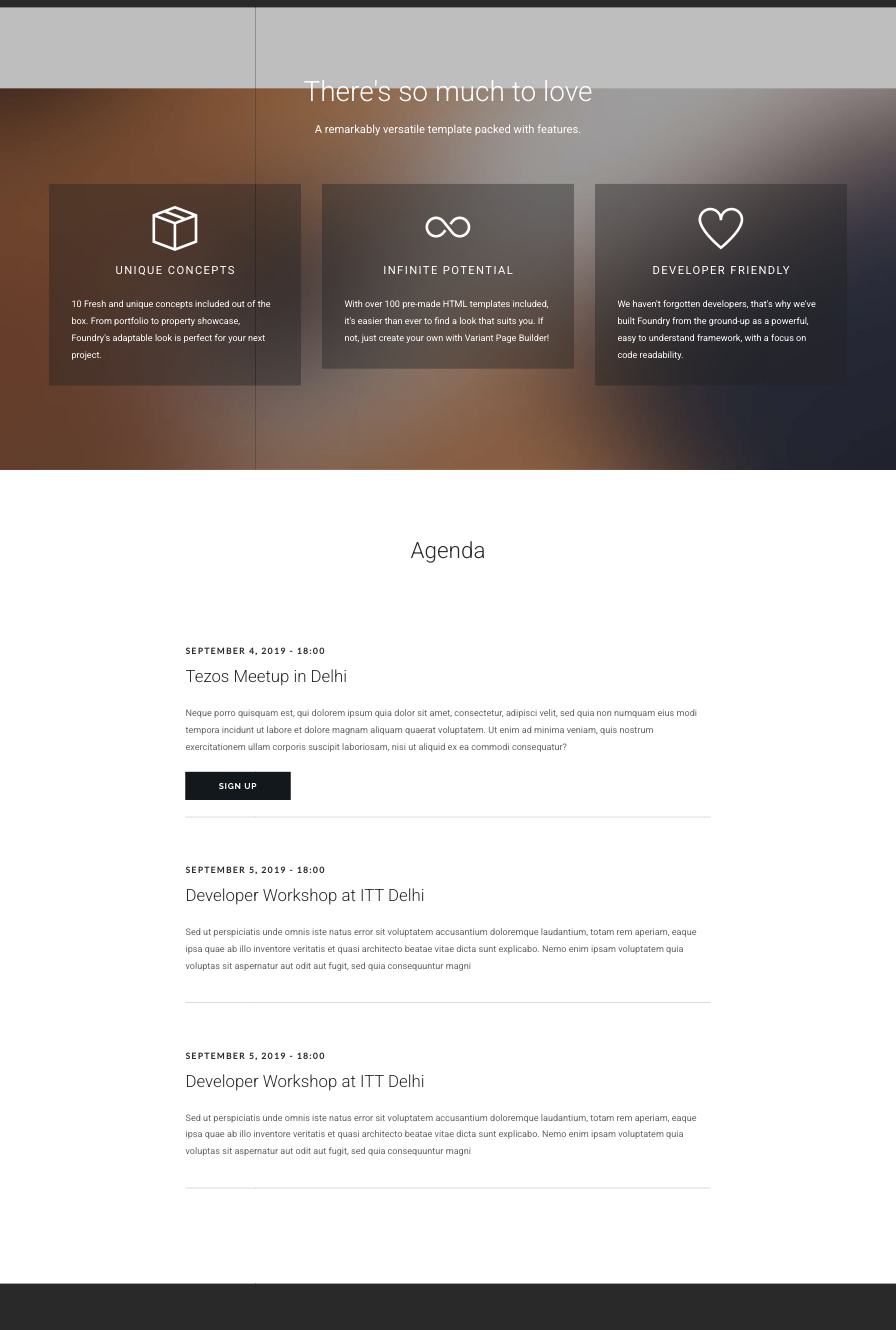
Repository: Tezos-India-Foundation/TIF-Website
Page: Tezos India Website/page.html
An editor plug-in stored every save of this project. The page is shown before and after the next save, followed by the edit.
The browser window is 1280 px wide. The pictures show the part of the page from y = 1054 to 2954 px (the page is 4037 px tall before and 4027 px after), at 70% of full size.
A picture or video elsewhere on the page could not be fetched, so the positions and the page height are approximate.

Above is the page before, as saved 2019-08-13 03:55:36.

After the next save:
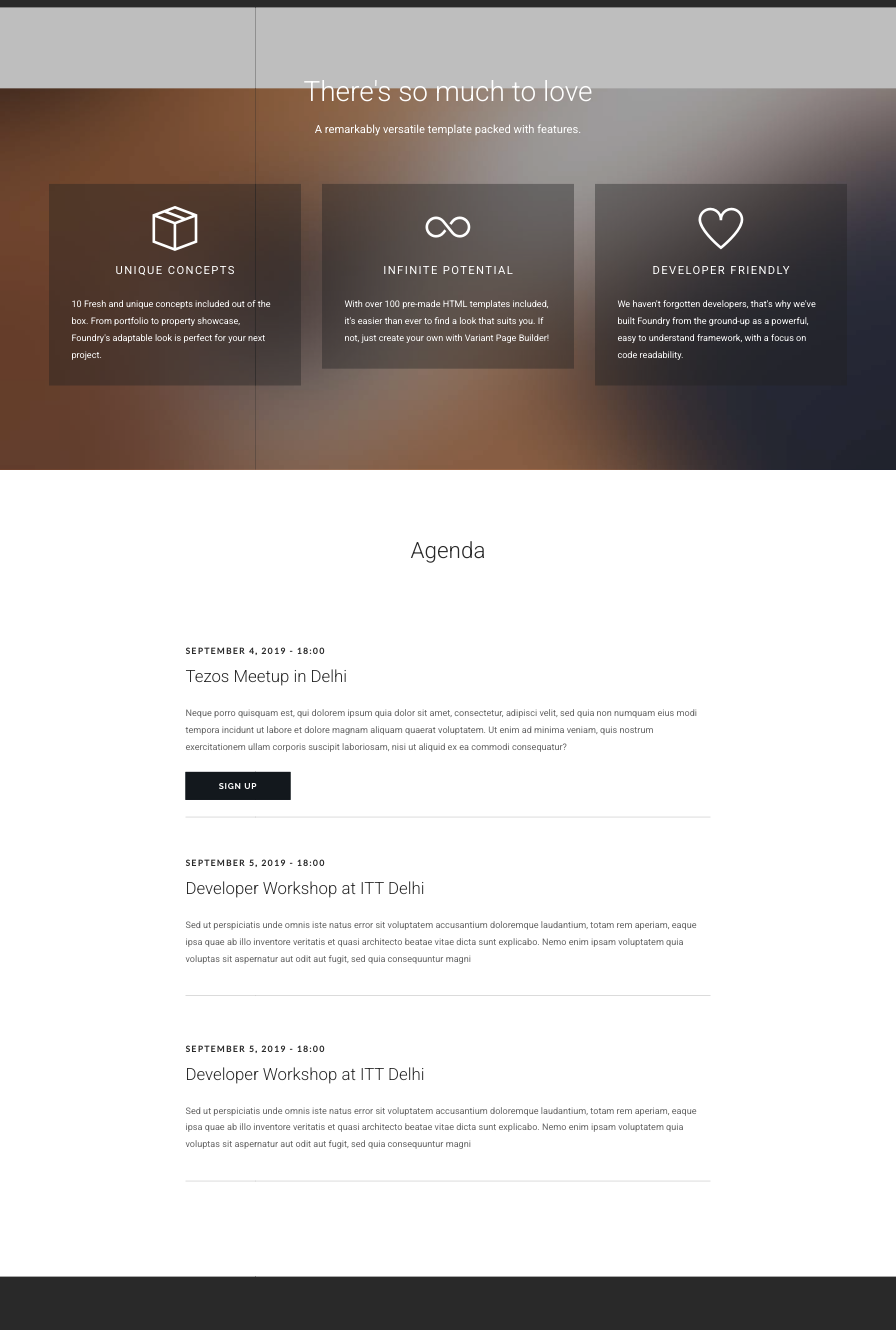
Saved 8 s later.
--- a/Tezos India Website/page.html
+++ b/Tezos India Website/page.html
@@ -213,7 +213,7 @@
 											</p>
 
 											<a class="btn btn-filled" target="_blank" href="https://berndoostrum.typeform.com/to/sGThtu">Sign Up</a>
-											<hr class="mt20 mb40 mt-xs-0 mb-xs-24">
+											<hr class="mt20 mb30 mt-xs-0 mb-xs-24">
 										</div>
 										<div>
 											<div class="overflow-hidden">

After the save that followed:
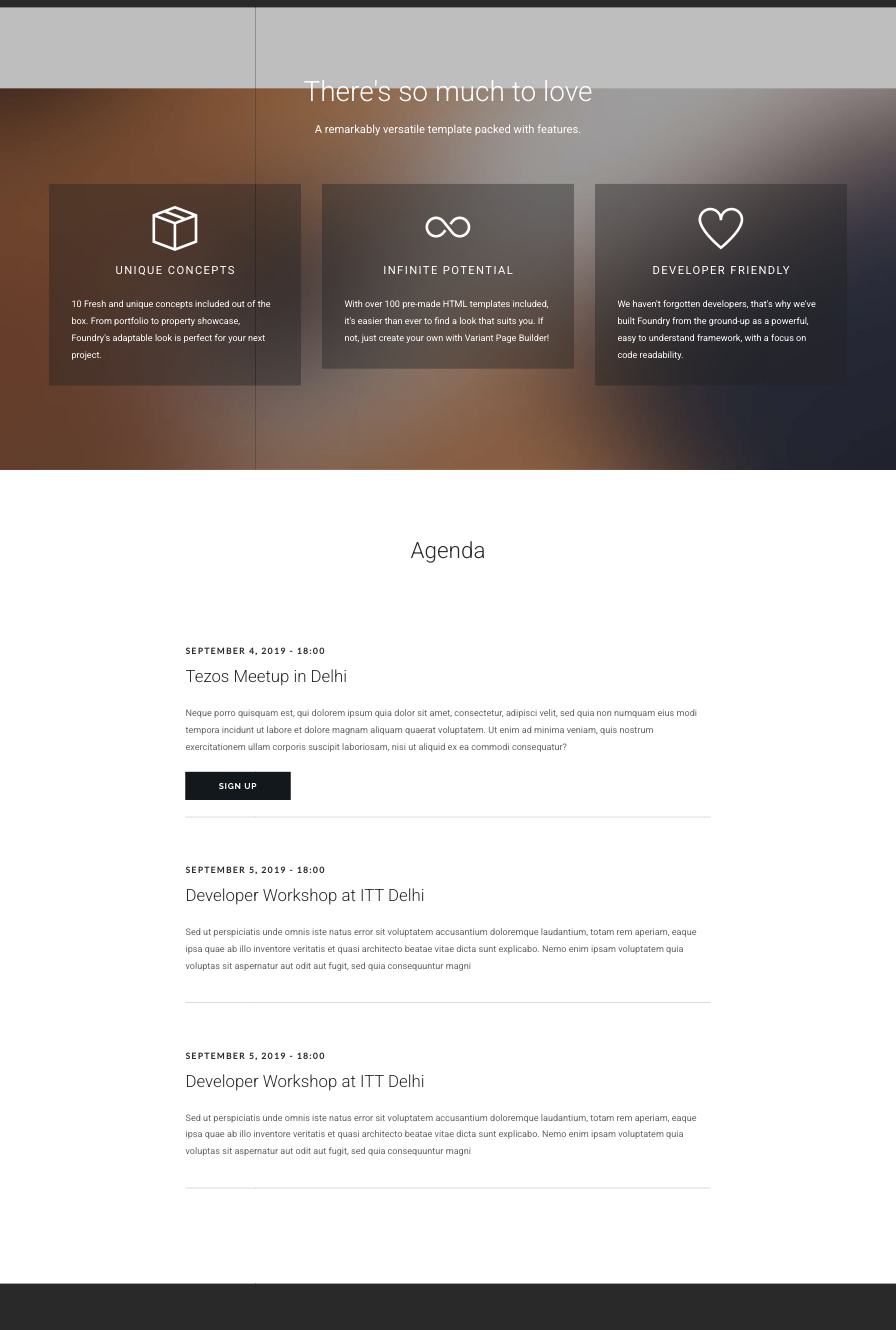
Saved 13 s later.
--- a/Tezos India Website/page.html
+++ b/Tezos India Website/page.html
@@ -213,7 +213,7 @@
 											</p>
 
 											<a class="btn btn-filled" target="_blank" href="https://berndoostrum.typeform.com/to/sGThtu">Sign Up</a>
-											<hr class="mt20 mb30 mt-xs-0 mb-xs-24">
+											<hr class="mt30 mb40 mt-xs-0 mb-xs-24">
 										</div>
 										<div>
 											<div class="overflow-hidden">
